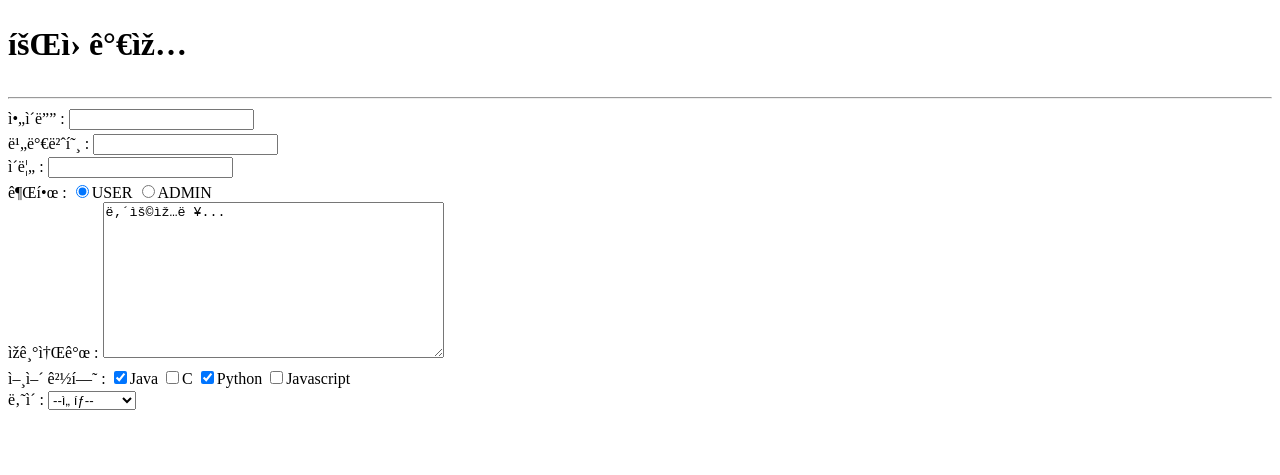
Repository: serim53/JSPStudy
Page: http://localhost/BoardWeb_JSP_/insertUser.jsp
An editor plug-in stored every save of this project. The page is shown before and after the next save, followed by the edit.
The browser window is 1280 px wide. The pictures show the whole page.
The page is served by Tomcat 10.

Above is the page before, as saved 2025-07-08 04:45:22.

After the next save:
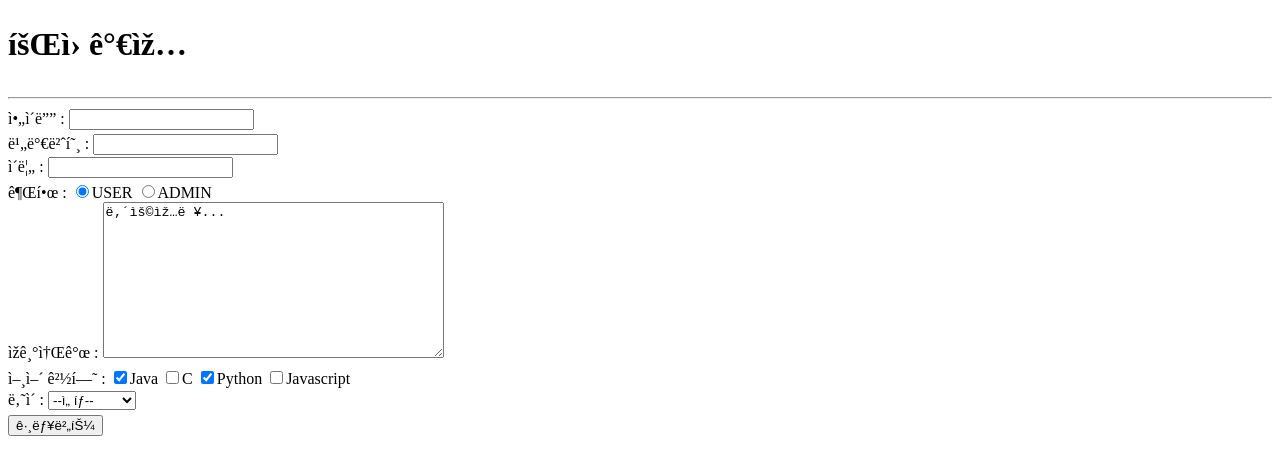
Saved 87 s later.
--- a/BoardWeb(JSP)/src/main/webapp/insertUser.jsp
+++ b/BoardWeb(JSP)/src/main/webapp/insertUser.jsp
@@ -25,6 +25,7 @@
 		<option>40대
 		<option>50대
 		<option>60대 이상
-	  </select>
+	  </select><br>
+<input type="button" value="그냥버튼"/>
 </body>
 </html>
